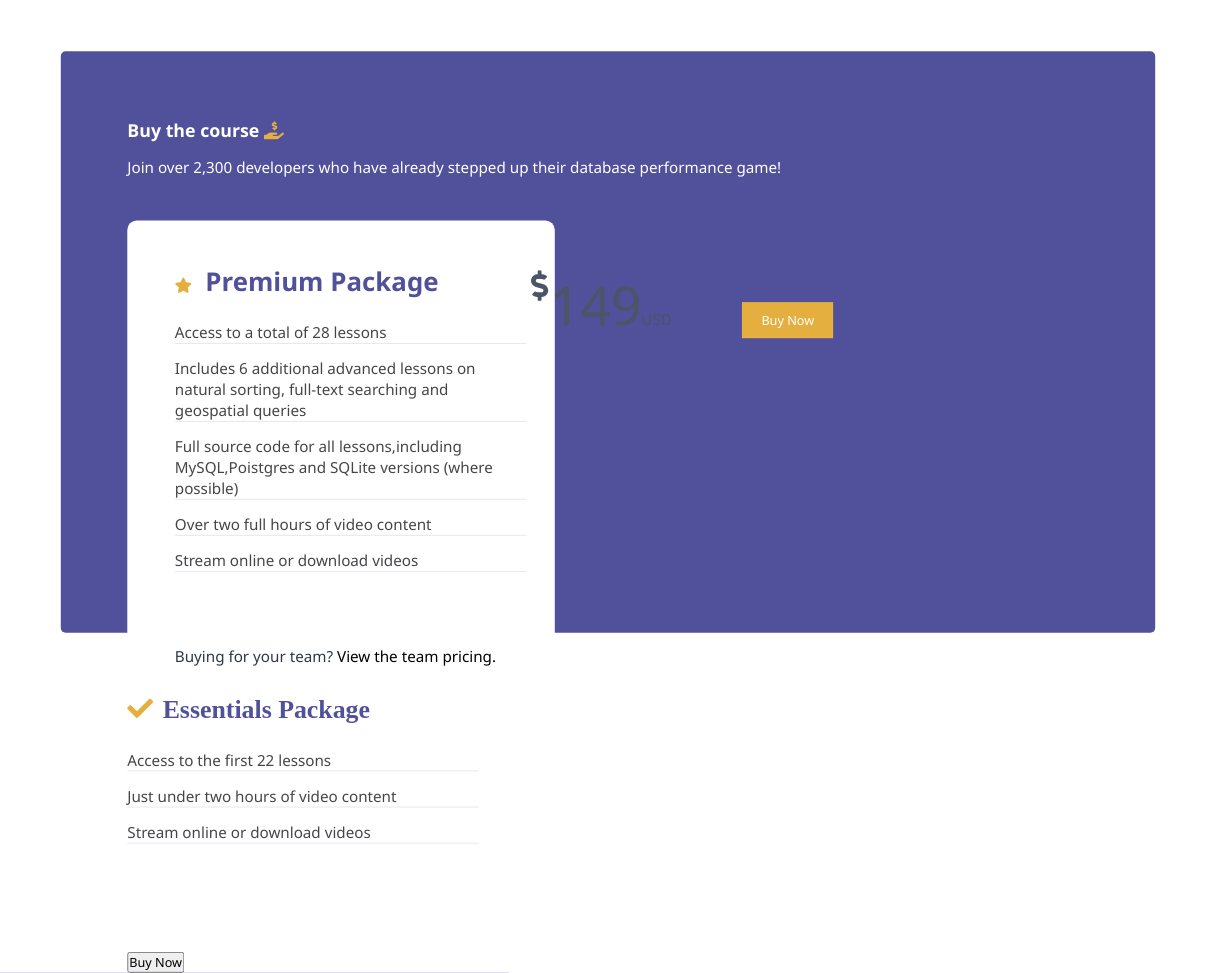
Repository: Z-ayat/Challenges
Page: Challenge 4/index.html
An editor plug-in stored every save of this project. The page is shown before and after the next save, followed by the edit.
The browser window is 1280 px wide. The pictures show the whole page, at 95% of full size.
Some web libraries are served in a nearby version.

Above is the page before, as saved 2021-09-07 02:10:27.

After the next save:
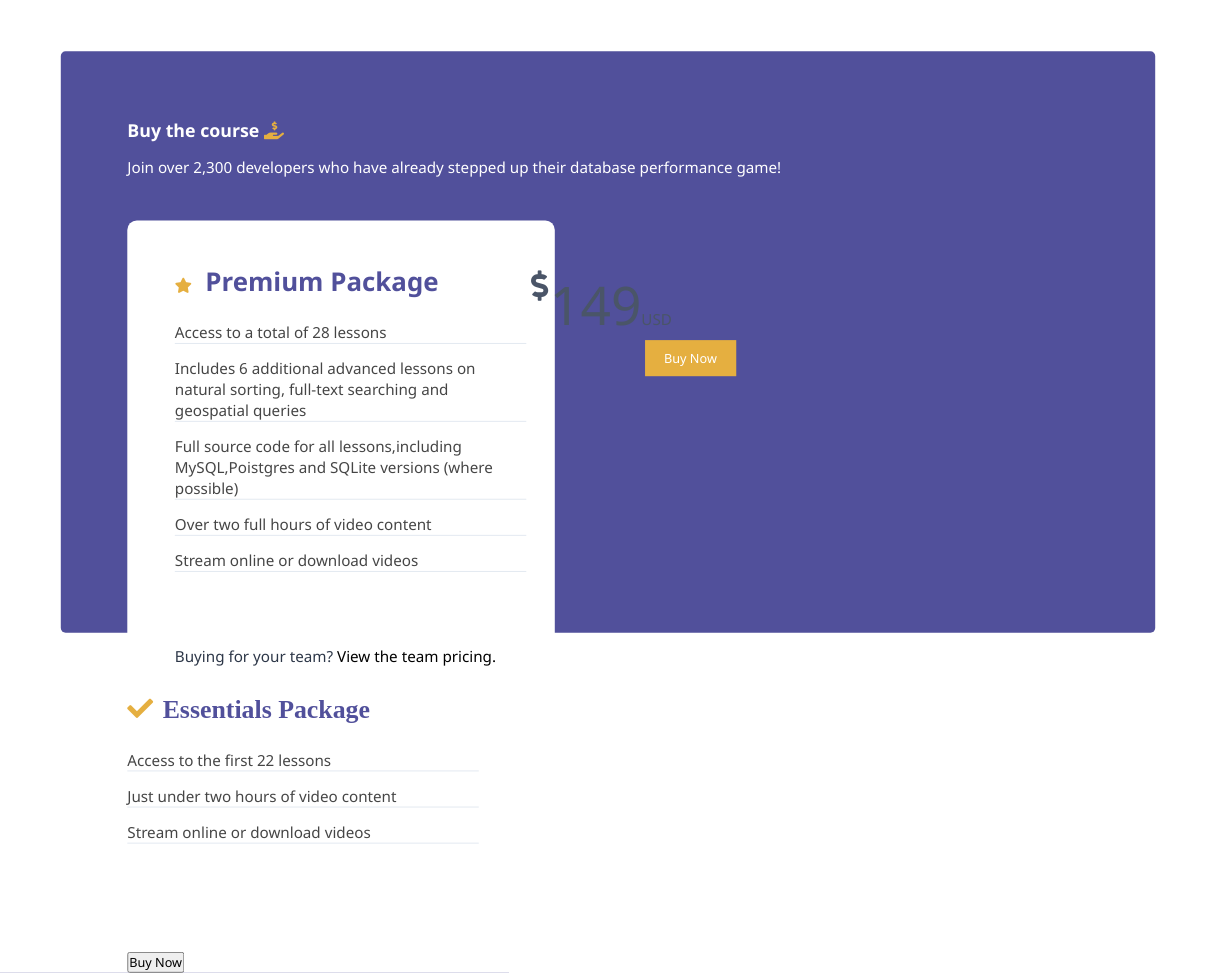
Saved 6 s later.
--- a/Challenge 4/styling/css/master.css
+++ b/Challenge 4/styling/css/master.css
@@ -138,5 +138,5 @@ body {
     border: none;
     color: white;
     background-color: #E5AF40;
-    margin-left: 70px;
+    margin-left: 100px;
 }
